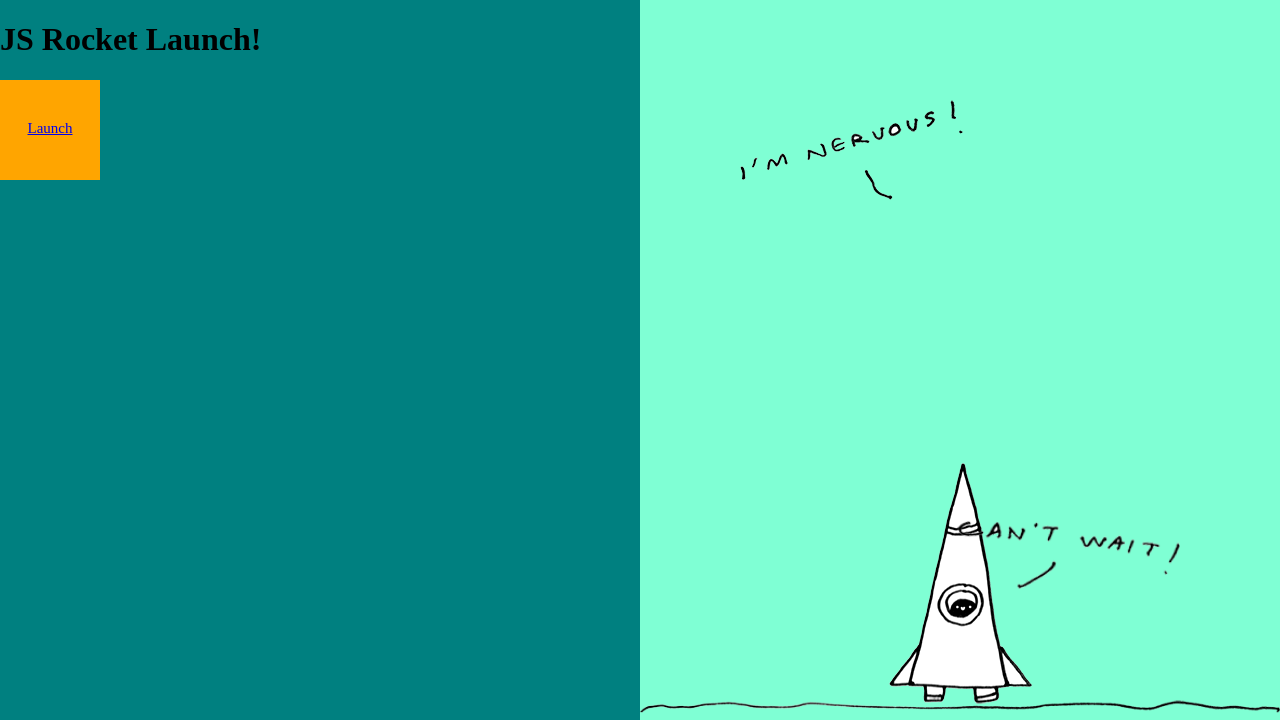
Repository: alcarrizo/Rocket-launch
Page: index.html
The author's editor kept a copy of each file at every save. The page is drawn from the files as they stood at one save, then again after the next save.
The browser window is 1280 px wide. The pictures show the whole page.

Above is the page before, as saved 2022-10-20 17:23:00.

After the next save:
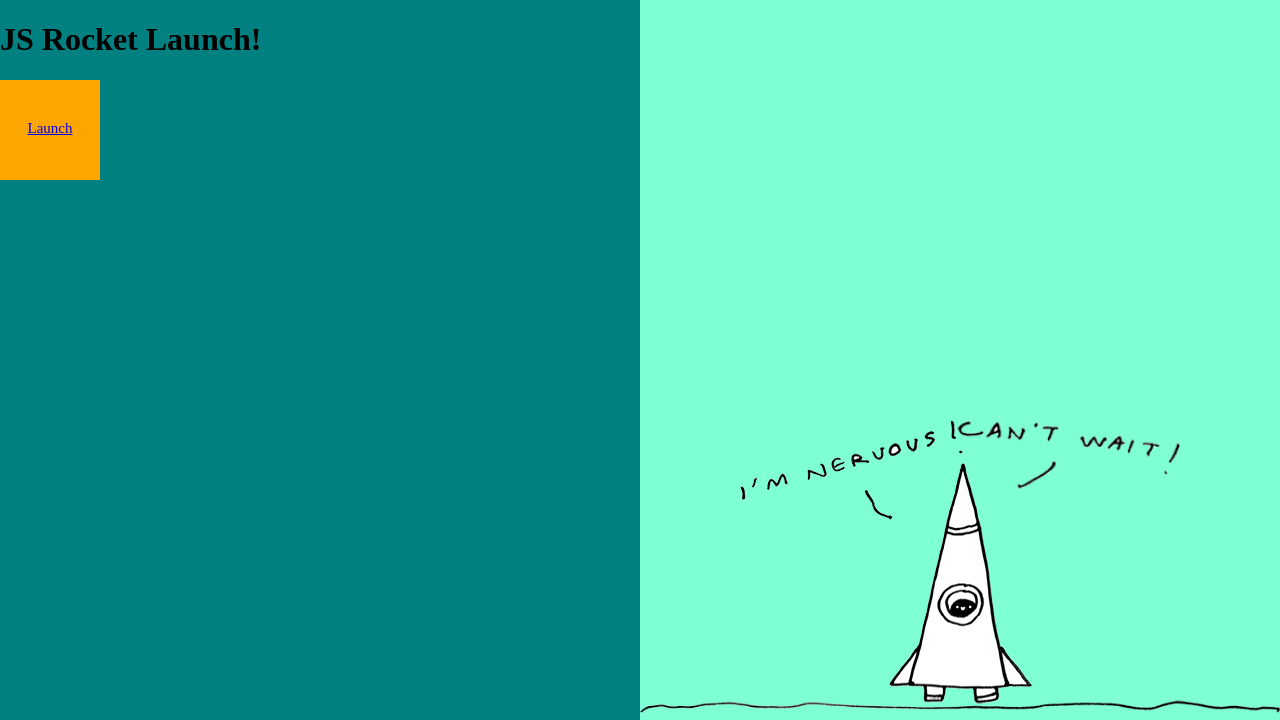
Saved 44 s later.
--- a/css/style.css
+++ b/css/style.css
@@ -72,7 +72,7 @@ body {
 
 .nervous {
     position: absolute;
-    top: 100px;
+    bottom: 200px;
     left: 100px;
     background: url('../img/nervous.png') no-repeat 0 0;
     background-size: 100%;
@@ -82,7 +82,7 @@ body {
 
 .cant-wait {
     position: absolute;
-    bottom: 100px;
+    bottom: 200px;
     right: 100px;
     background: url('../img/cant-wait.png') no-repeat 0 0;
     background-size: 100%;
